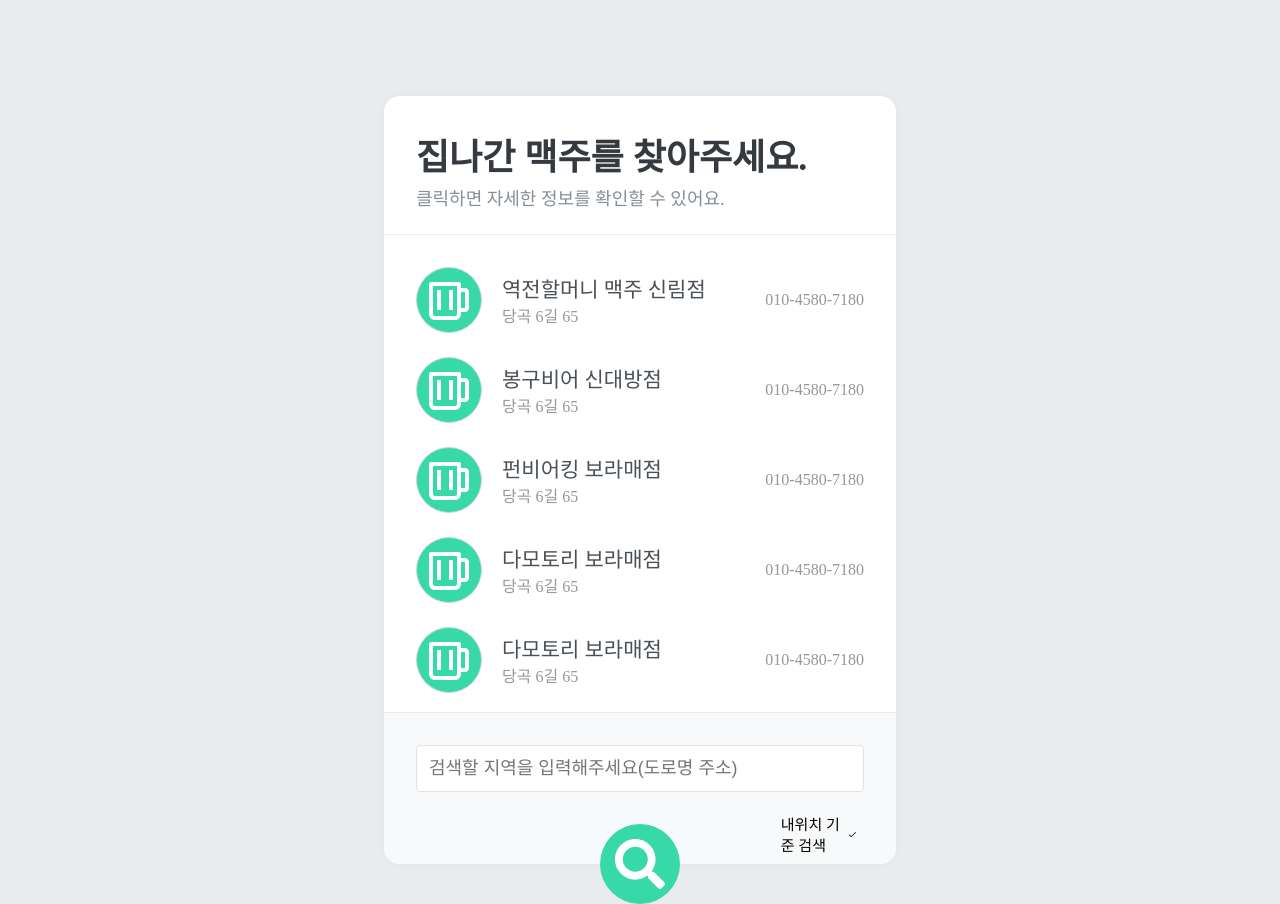
Repository: THE-SOPT-WEB/kimNamjun
Page: / (app in week4/bring-my-beer/)
These files come from the project's save history. The page is drawn as it stood at one moment and after the next save; the edit follows.
The browser window is 1280 px wide. The pictures show the whole page.
An inner scrolling area shows only its first screen. The project was rebuilt for these pictures with package versions that can differ from the ones it lists, and the page was loaded fresh each time.

Above is the page before, as saved 2022-05-13 02:09:53.

### week4/bring-my-beer/public/index.html
<!DOCTYPE html>
<html lang="en">
  <head>
    <meta charset="utf-8" />
    <link rel="icon" href="%PUBLIC_URL%/favicon.ico" />
    <meta name="viewport" content="width=device-width, initial-scale=1" />
    <meta name="theme-color" content="#000000" />
    <meta
      name="description"
      content="Web site created using create-react-app"
    />
    <link rel="apple-touch-icon" href="%PUBLIC_URL%/logo192.png" />
    <!--
      manifest.json provides metadata used when your web app is installed on a
      user's mobile device or desktop. See https://developers.google.com/web/fundamentals/web-app-manifest/
    -->
    <link rel="manifest" href="%PUBLIC_URL%/manifest.json" />
    <!--
      Notice the use of %PUBLIC_URL% in the tags above.
      It will be replaced with the URL of the `public` folder during the build.
      Only files inside the `public` folder can be referenced from the HTML.

      Unlike "/favicon.ico" or "favicon.ico", "%PUBLIC_URL%/favicon.ico" will
      work correctly both with client-side routing and a non-root public URL.
      Learn how to configure a non-root public URL by running `npm run build`.
    -->
    <title>우리동네 맥주집</title>
  </head>
  <body>
    <noscript>You need to enable JavaScript to run this app.</noscript>
    <div id="root"></div>
    <!--
      This HTML file is a template.
      If you open it directly in the browser, you will see an empty page.

      You can add webfonts, meta tags, or analytics to this file.
      The build step will place the bundled scripts into the <body> tag.

      To begin the development, run `npm start` or `yarn start`.
      To create a production bundle, use `npm run build` or `yarn build`.
    -->
  </body>
</html>

### week4/bring-my-beer/src/App.js
import React from 'react';
import { createGlobalStyle } from 'styled-components';
import Template from './components/Template';
import Header from './components/Header';
import List from './components/List';
import Search from './components/Search';

const GlobalStyle = createGlobalStyle`
  body {
    background: #e9ecef;
  }
`;

function App() {
  return (
    <>
      <GlobalStyle />
      <Template>
        <Header />
        <List />
        <Search />
      </Template>
    </>
  );
}

export default App;

### week4/bring-my-beer/src/components/Template.jsx
import React from 'react';
import styled from 'styled-components';

const TemplateBlock = styled.div`
  width: 512px;
  height: 768px;

  position: relative;
  background: white;
  border-radius: 16px;
  box-shadow: 0 0 8px 0 rgba(0, 0, 0, 0.04);

  margin: 0 auto;

  margin-top: 96px;
  margin-bottom: 32px;
  display: flex;
  flex-direction: column;
`;

function Template({ children }) {
  return <TemplateBlock>{children}</TemplateBlock>;
}

export default Template;

### week4/bring-my-beer/src/components/Header.jsx
import React from 'react';
import styled from 'styled-components';

const HeaderBlock = styled.div`
  padding: 32px 32px 24px 32px;
  border-bottom: 1px solid #e9ecef;
  h1 {
    margin: 0;
    font-size: 36px;
    color: #343a40;
  }
  .tip {
    margin-top: 4px;
    color: #868e96;
    font-size: 18px;
  }
`;

function Header() {
  return (
    <HeaderBlock>
      <h1>집나간 맥주를 찾아주세요. </h1>
      <div className="tip">클릭하면 자세한 정보를 확인할 수 있어요.</div>
    </HeaderBlock>
  );
}

export default Header;

### week4/bring-my-beer/src/components/List.jsx
import React from 'react';
import axios from "axios";
import Skeleton, { SkeletonTheme } from 'react-loading-skeleton'
import styled from 'styled-components';
import Item from './Item';

const ListBlock = styled.div`
  flex: 1;
  padding: 20px 32px;
  padding-bottom: 48px;
  overflow-y: auto;
`;

function List() {
  return (
    <ListBlock>
      <Item title="역전할머니 맥주 신림점" adress='당곡 6길 65' contact='010-4580-7180'/>
      <Item title="봉구비어 신대방점" adress='당곡 6길 65' contact='010-4580-7180'/>
      <Item title="펀비어킹 보라매점" adress='당곡 6길 65' contact='010-4580-7180'/>
      <Item title="다모토리 보라매점" adress='당곡 6길 65' contact='010-4580-7180'/>
      <Item title="다모토리 보라매점" adress='당곡 6길 65' contact='010-4580-7180'/>
      <Item title="다모토리 보라매점" adress='당곡 6길 65' contact='010-4580-7180'/>
      <Item title="다모토리 보라매점" adress='당곡 6길 65' contact='010-4580-7180'/>
      <Item title="다모토리 보라매점" adress='당곡 6길 65' contact='010-4580-7180'/>
      <Item title="다모토리 보라매점" adress='당곡 6길 65' contact='010-4580-7180'/>
      <Item title="다모토리 보라매점" adress='당곡 6길 65' contact='010-4580-7180'/>
      <Item title="다모토리 보라매점" adress='당곡 6길 65' contact='010-4580-7180'/>
      <Item title="다모토리 보라매점" adress='당곡 6길 65' contact='010-4580-7180'/>
      <Item title="다모토리 보라매점" adress='당곡 6길 65' contact='010-4580-7180'/>
      <Item title="다모토리 보라매점" adress='당곡 6길 65' contact='010-4580-7180'/>
      <Item title="다모토리 보라매점" adress='당곡 6길 65' contact='010-4580-7180'/>
      <Item title="다모토리 보라매점" adress='당곡 6길 65' contact='010-4580-7180'/>
    </ListBlock>
  );
}

export default List;

### week4/bring-my-beer/src/components/Search.jsx
import React from 'react';
import styled from 'styled-components';
import { FaSearch } from 'react-icons/fa';
import { MdDone } from 'react-icons/md';

const CircleButton = styled.button`
  background: #38d9a9;
  &:hover {
    background: #63e6be;
  }
  &:active {
    background: #20c997;
  }

  cursor: pointer;
  width: 80px;
  height: 80px;
  display: block;
  align-items: center;
  justify-content: center;
  font-size: 50px;
  position: absolute;
  left: 50%;
  bottom: 0px;
  transform: translate(-50%, 50%);
  color: white;
  border-radius: 50%;
  border: none;
  outline: none;
  display: flex;
  align-items: center;
  justify-content: center;
  transition: 0.125s all ease-in;

`;

const InsertFormPositioner = styled.div`
  width: 100%;
  bottom: 0;
  left: 0;
  position: absolute;
`;

const InsertForm = styled.form`
  background: #f8f9fa;
  padding: 32px 32px 72px 32px;
  border-bottom-left-radius: 16px;
  border-bottom-right-radius: 16px;
  border-top: 1px solid #e9ecef;
`;

const Input = styled.input`
  padding: 12px;
  border-radius: 4px;
  border: 1px solid #dee2e6;
  width: 100%;
  outline: none;
  font-size: 18px;
  box-sizing: border-box;
`;

const CheckBox = styled.div`
  display: block;
  align-items: center;
  justify-content: center;
  font-size: 15px;
  position: absolute;
  left: 85%;
  bottom: 30px;
  transform: translate(-50%, 50%);
  border-radius: 50%;
  border: none;
  outline: none;
  display: flex;
  align-items: center;
  justify-content: center;
  transition: 0.125s all ease-in;

`

function Search() {

  return (
    <>
        <InsertFormPositioner>
          <InsertForm>
            <Input autoFocus placeholder="검색할 지역을 입력해주세요(도로명 주소)" disabled='' />
          </InsertForm>
        </InsertFormPositioner>
      <CircleButton>
        <FaSearch/>
      </CircleButton>
      <CheckBox>
        <p> 내위치 기준 검색 </p>
        <MdDone/>
      </CheckBox>

    </>
  );
}

export default Search;

### week4/bring-my-beer/src/components/Item.jsx
import React from 'react';
import styled  from 'styled-components';
import { BiBeer } from 'react-icons/bi';

const Remove = styled.div`
  display: flex;
  align-items: center;
  justify-content: center;
  color: #dee2e6;
  font-size: 24px;
  cursor: pointer;
`;

const ItemBlock = styled.div`
  display: flex;
  align-items: center;
  padding-top: 12px;
  padding-bottom: 12px;
`;

const Icon = styled.div`
  width: 64px;
  height: 64px;
  border-radius: 50px;
  border: 1px solid #ced4da;
  font-size: 48px;
  display: flex;
  align-items: center;
  justify-content: center;
  margin-right: 20px;
  cursor: pointer;
  background-color: #38d9a9;
  color: #fff;
`;

const Title = styled.div`
  flex: 1;
  font-size: 21px;
  color: #495057;
`;

const Adress = styled.div`
  font-size: 16px;
  color: #94979b;
`

const  Contact = styled.div`
  font-size: 16px;
  color: #94979b;
`

function Item({ title,adress,contact }) {
  return (
    <ItemBlock>
      <Icon >
        <BiBeer />
      </Icon>
      <Title >{title}
        <Adress>{adress}</Adress>
      </Title>
      <Contact>{contact}</Contact>
    </ItemBlock>
  );
}

export default Item;

Loaded but not shown: week4/bring-my-beer/src/index.js (common file)

After the next save:
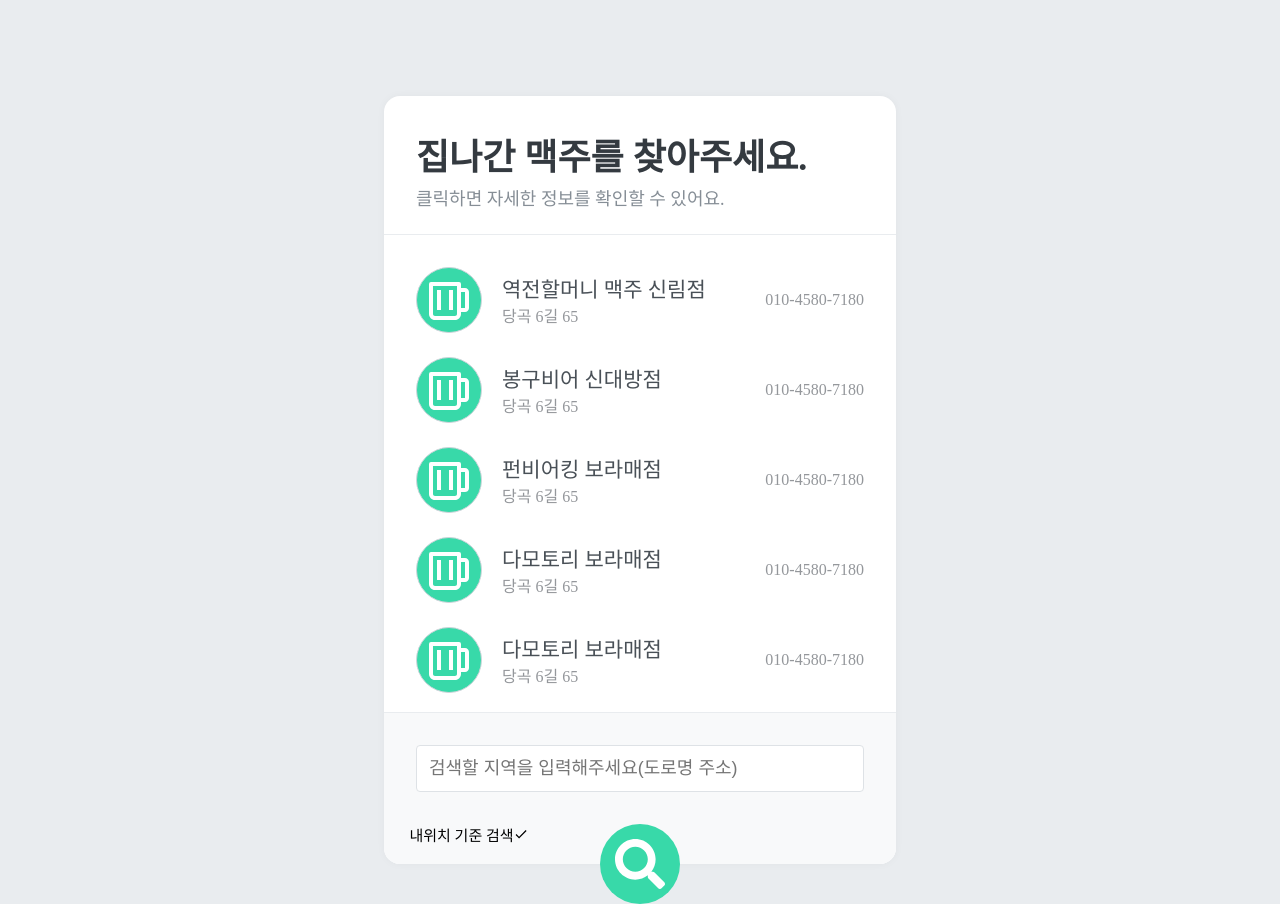
Saved 10 s later.
--- a/week4/bring-my-beer/src/components/Search.jsx
+++ b/week4/bring-my-beer/src/components/Search.jsx
@@ -65,7 +65,7 @@ const CheckBox = styled.div`
   justify-content: center;
   font-size: 15px;
   position: absolute;
-  left: 85%;
+  left: 85px;
   bottom: 30px;
   transform: translate(-50%, 50%);
   border-radius: 50%;
